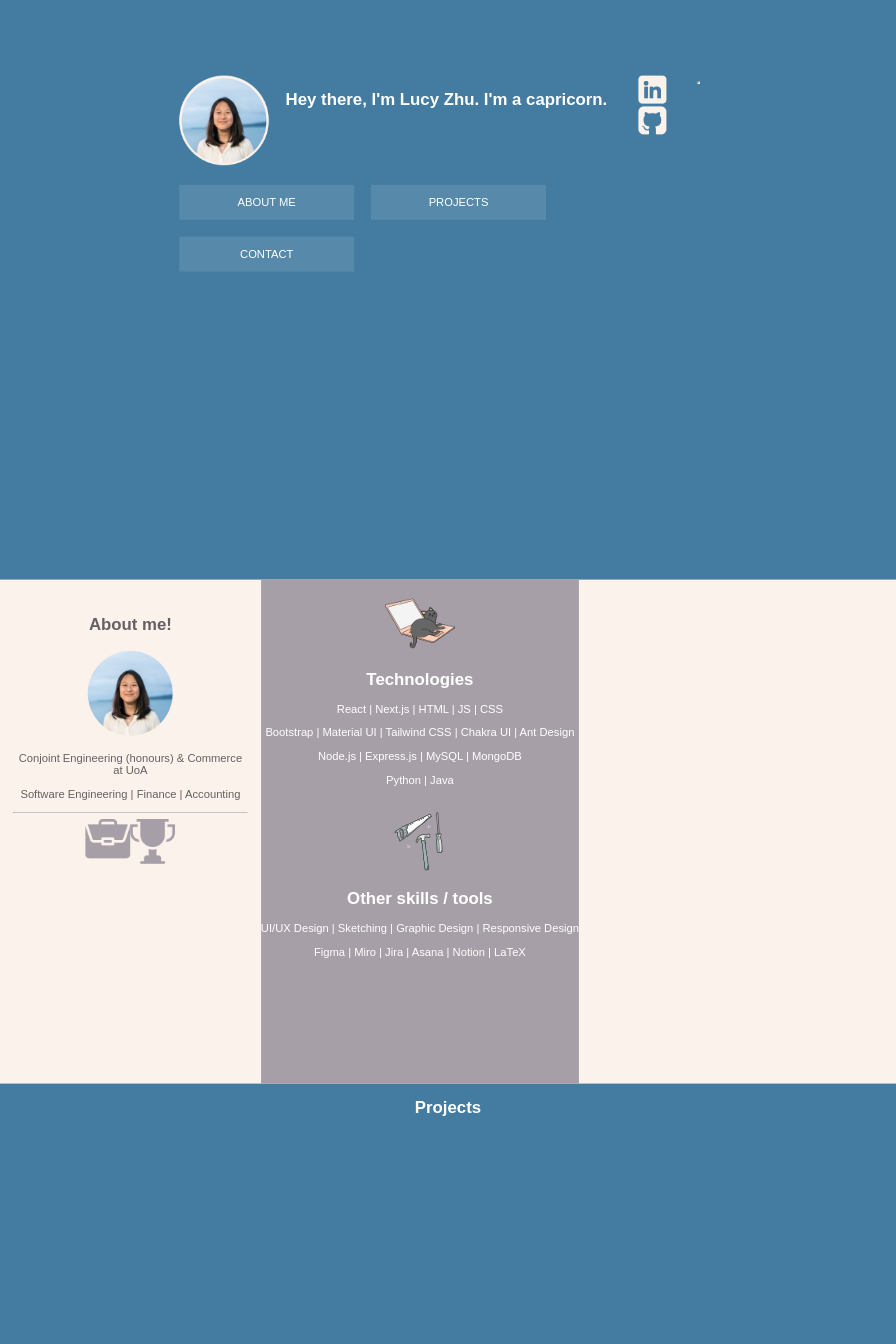
Repository: lukisoo/lukisoo-portfolio
Page: /
An editor plug-in stored every save of this project. The page is shown before and after the next save, followed by the edit.
The browser window is 1280 px wide. The pictures show the part of the page from y = 0 to 1920 px (the page is 3028 px tall), at 70% of full size.
The project was rebuilt for these pictures with package versions that can differ from the ones it lists, and the page was loaded fresh each time.

Above is the page before, as saved 2022-07-31 07:27:21.

After the next save:
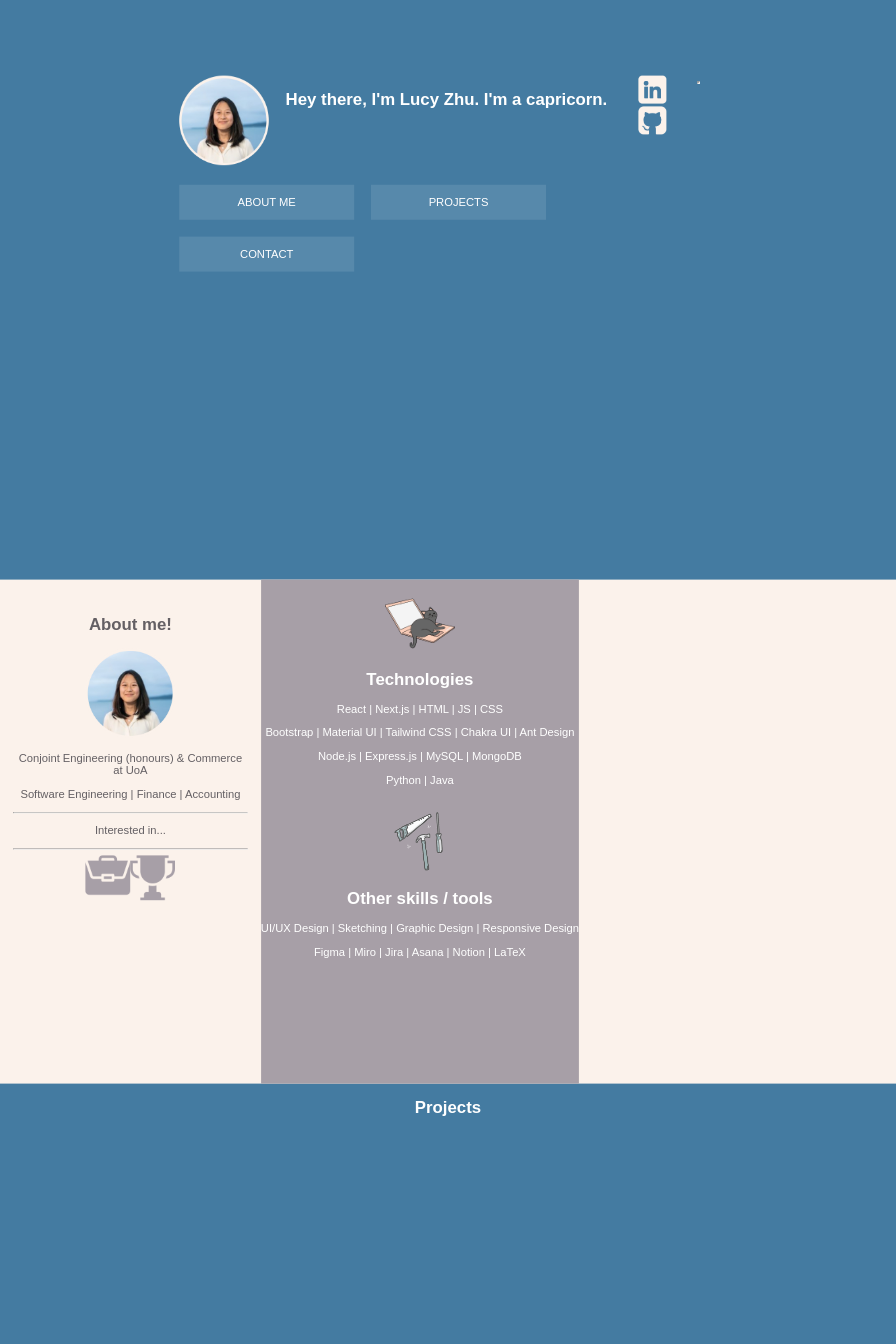
Saved 3 min 40 s later.
--- a/src/App.js
+++ b/src/App.js
@@ -94,6 +94,8 @@ function App() {
                   <p>Conjoint Engineering (honours) & Commerce at UoA</p>
                   <p>Software Engineering | Finance | Accounting</p>
                   <hr/>
+                  <p>Interested in...</p>
+                  <hr/>
                   <img
                     src={ExperienceLogo}
                     className=""
